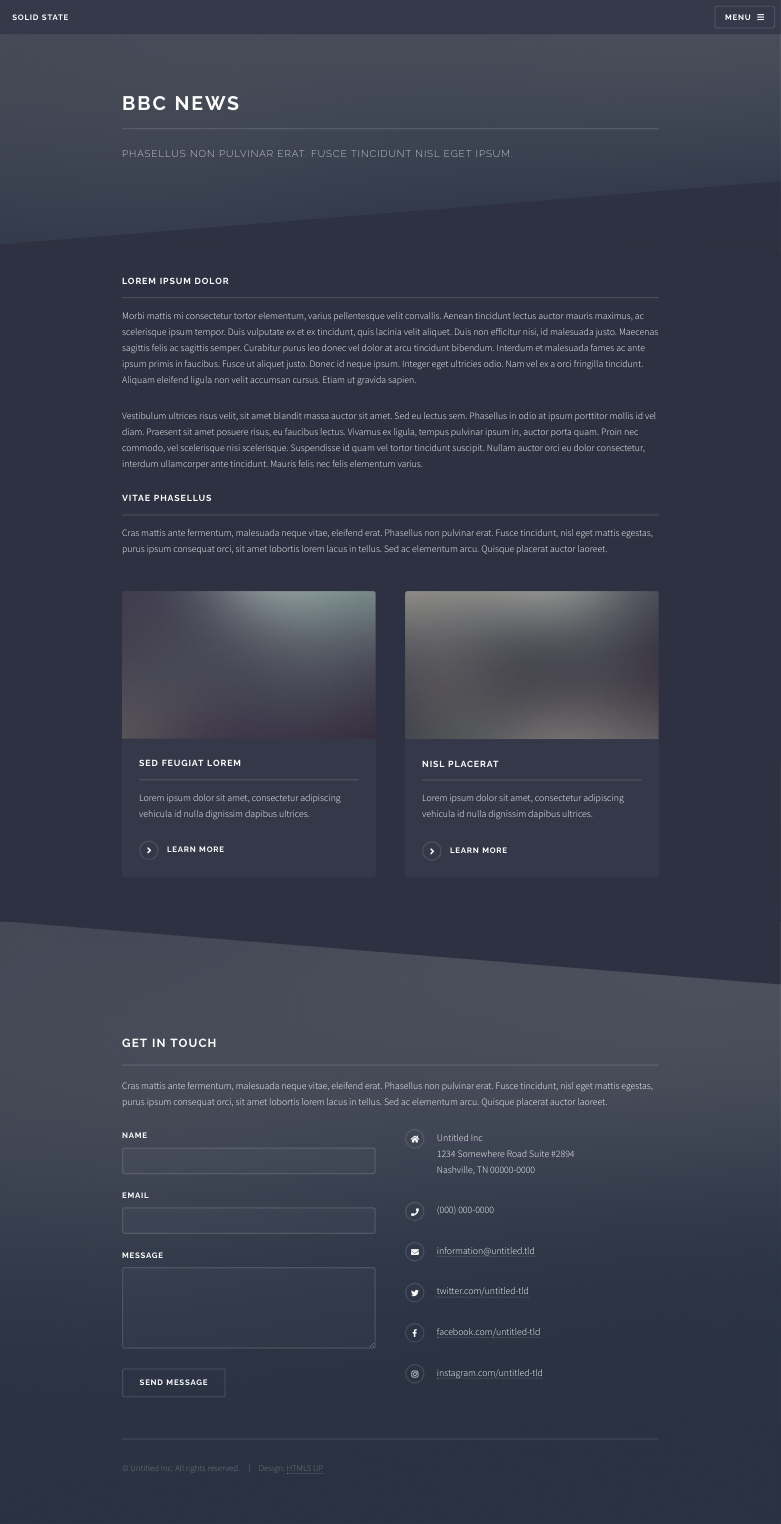
Repository: twoplus/solid_state_gr4
Page: generic.html
An editor plug-in stored every save of this project. The page is shown before and after the next save, followed by the edit.
The browser window is 1280 px wide. The pictures show the whole page, at 61% of full size.
Backgrounds fixed to the window are drawn as part of the page.

Above is the page before, as saved 2020-02-22 12:50:43.

After the next save:
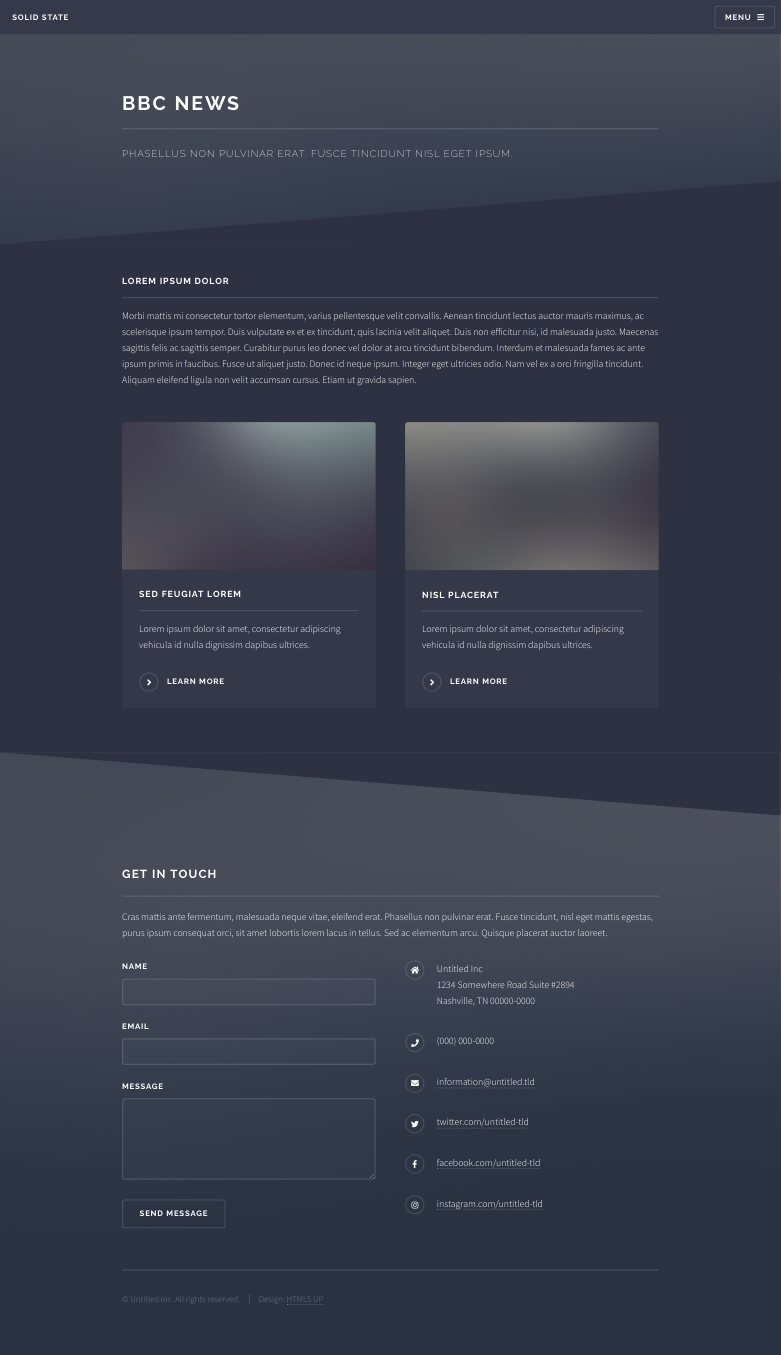
Saved 17 s later.
--- a/generic.html
+++ b/generic.html
@@ -56,10 +56,6 @@
 									<h3 class="major">Lorem ipsum dolor</h3>
 									<p>Morbi mattis mi consectetur tortor elementum, varius pellentesque velit convallis. Aenean tincidunt lectus auctor mauris maximus, ac scelerisque ipsum tempor. Duis vulputate ex et ex tincidunt, quis lacinia velit aliquet. Duis non efficitur nisi, id malesuada justo. Maecenas sagittis felis ac sagittis semper. Curabitur purus leo donec vel dolor at arcu tincidunt bibendum. Interdum et malesuada fames ac ante ipsum primis in faucibus. Fusce ut aliquet justo. Donec id neque ipsum. Integer eget ultricies odio. Nam vel ex a orci fringilla tincidunt. Aliquam eleifend ligula non velit accumsan cursus. Etiam ut gravida sapien.</p>
 
-									<p>Vestibulum ultrices risus velit, sit amet blandit massa auctor sit amet. Sed eu lectus sem. Phasellus in odio at ipsum porttitor mollis id vel diam. Praesent sit amet posuere risus, eu faucibus lectus. Vivamus ex ligula, tempus pulvinar ipsum in, auctor porta quam. Proin nec commodo, vel scelerisque nisi scelerisque. Suspendisse id quam vel tortor tincidunt suscipit. Nullam auctor orci eu dolor consectetur, interdum ullamcorper ante tincidunt. Mauris felis nec felis elementum varius.</p>
-
-									<h3 class="major">Vitae phasellus</h3>
-									<p>Cras mattis ante fermentum, malesuada neque vitae, eleifend erat. Phasellus non pulvinar erat. Fusce tincidunt, nisl eget mattis egestas, purus ipsum consequat orci, sit amet lobortis lorem lacus in tellus. Sed ac elementum arcu. Quisque placerat auctor laoreet.</p>
 
 									<section class="features">
 										<article>
